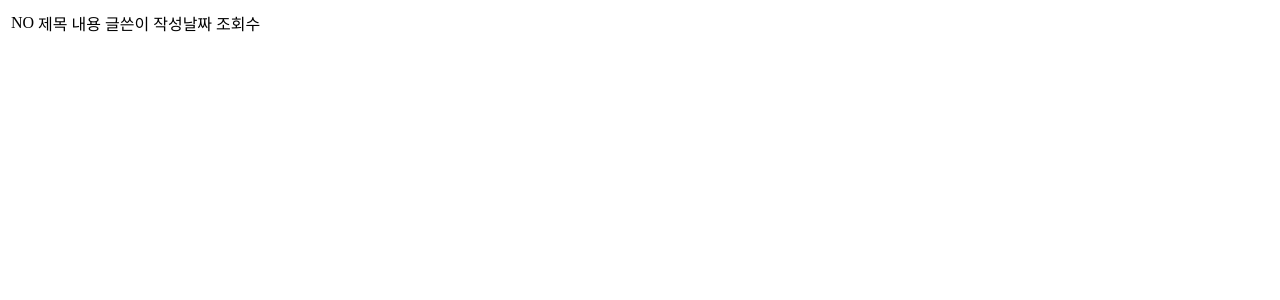
Repository: ByeonYJ/CSSTest
Page: GMSUI/WebContent/board/board_list.html
The author's editor kept a copy of each file at every save. The page is drawn from the files as they stood at one save, then again after the next save.
The browser window is 1280 px wide. The pictures show the whole page.

Above is the page before, as saved 2017-07-19 06:56:52.

After the next save:
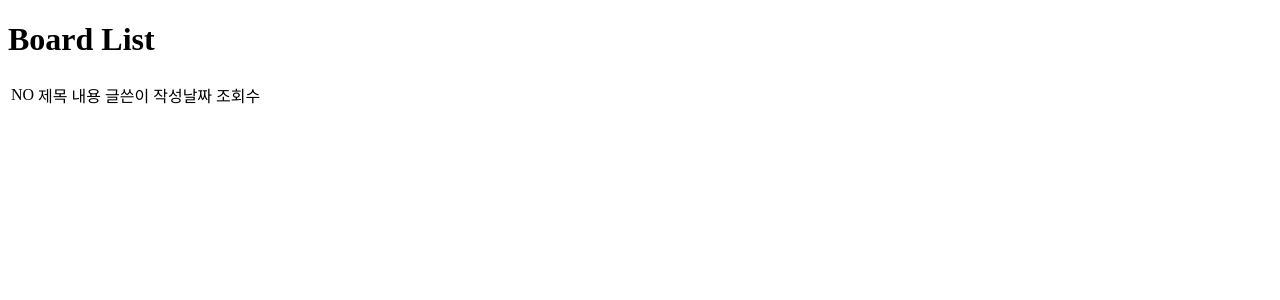
Saved 22 s later.
--- a/GMSUI/WebContent/board/board_list.html
+++ b/GMSUI/WebContent/board/board_list.html
@@ -5,6 +5,7 @@
 <title>Insert title here</title>
 </head>
 <body>
+<h1>Board List</h1>
 	<table>
 		<tr>
 			<td>NO</td>
